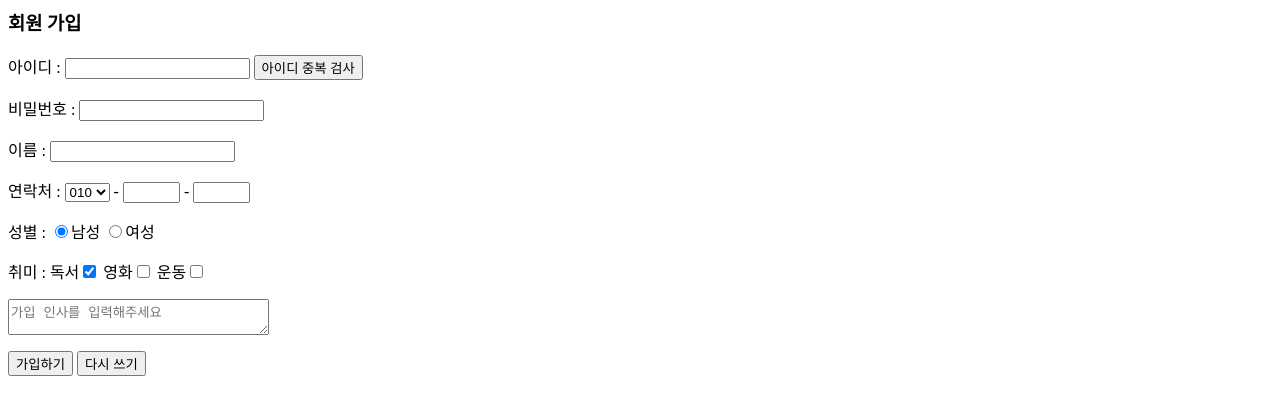
Repository: pojh5090/JspProgramming
Page: http://localhost/JSPBook/ch06/form5_process.jsp
An editor plug-in stored every save of this project. The page is shown before and after the next save, followed by the edit.
The browser window is 1280 px wide. The pictures show the whole page.
The page is served by Tomcat 9.

Above is the page before, as saved 2020-04-12 08:14:07.

After the next save:
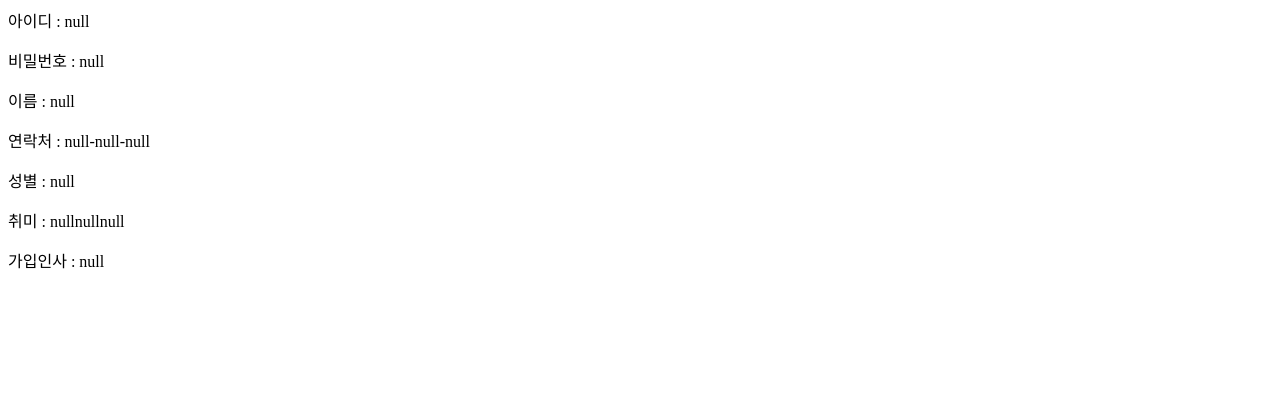
Saved 4 min 56 s later.
--- a/JSPBook/WebContent/ch06/form5_process.jsp
+++ b/JSPBook/WebContent/ch06/form5_process.jsp
@@ -7,26 +7,27 @@
 <title>Form Processing</title>
 </head>
 <body>
-	<h3>회원 가입</h3>
-	<form action="form4_process.jsp" name="member" method ="post">
-		<p>아이디 : <input type="text" name="id"> <input type="button" value="아이디 중복 검사">
-		<p>비밀번호 : <input type="password" name="passwd">
-		<p>이름 : <input type="text" name="name">
-		<p>연락처 : <select name="phone1">
-				 <option value="010">010</option>
-				 <option value="011">011</option>
-				 <option value="016">016</option>
-				 <option value="017">017</option>
-				 <option value="018">018</option>
-				 </select>
-				  - <input type="text" maxlength="4" size="4" name="phone2"> - <input type="text" maxlength="4" size="4" name="phone3">
-		 <p> 성별 : <input type="radio" name="sex" value="남성" checked>남성 <input type="radio" name="sex" value="여성">여성
-		 <p> 취미 : 독서<input type="checkbox" name="hobby1" checked>
-		 		    영화<input type="checkbox" name="hobby2">
-		 		   운동<input type="checkbox" name="hobby3">
-		 <p> <textarea name="comment" cols="30" row="10" placeholder="가입 인사를 입력해주세요"></textarea>
-		 <p> <input type="submit" value="가입하기">
-		 	 <input type="reset" value="다시 쓰기">
-	</form>
+	<%
+		request.setCharacterEncoding("UTF-8");
+
+		String id = request.getParameter("id");
+		String passwd = request.getParameter("passwd");
+		String name = request.getParameter("name");
+		String phone1 = request.getParameter("phone1");
+		String phone2 = request.getParameter("phone2");
+		String phone3 = request.getParameter("phone3");
+		String sex = request.getParameter("sex");
+		String hobby1 = request.getParameter("hobby1");
+		String hobby2 = request.getParameter("hobby2");
+		String hobby3 = request.getParameter("hobby3");
+		String comment = request.getParameter("comment");
+	%>
+	<p> 아이디 : <%=id %>
+	<p> 비밀번호 : <%=passwd %>
+	<p> 이름 : <%=name %>
+	<p> 연락처 : <%=phone1 %>-<%=phone2 %>-<%=phone3 %>
+	<p> 성별 : <%=sex%>
+	<p> 취미 : <%=hobby1 %><%=hobby2 %><%=hobby3 %>
+	<p> 가입인사 : <%=comment%>
 </body>
 </html>
